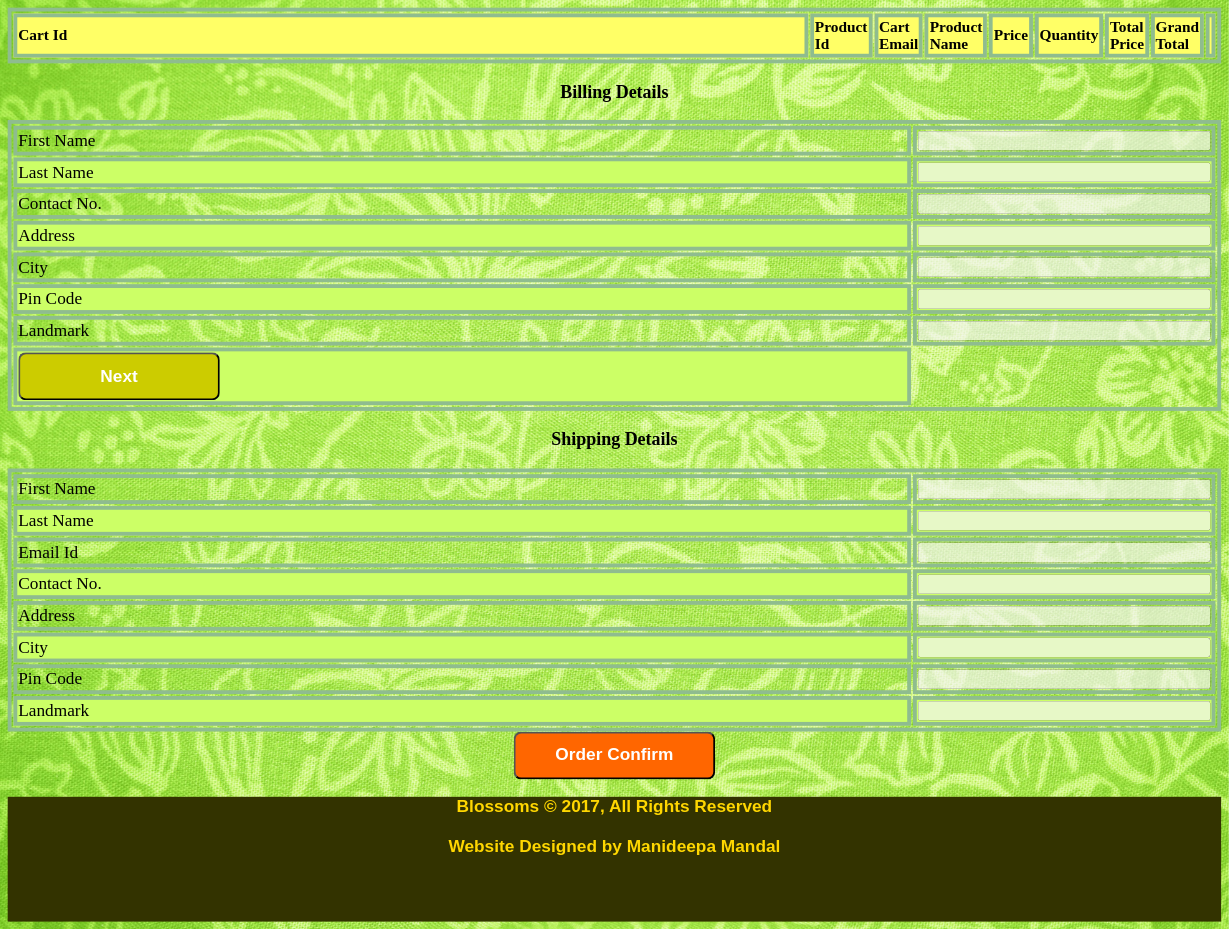
Repository: Mani02/Manideepa
Page: http://localhost/ShoppingCart/WEB-INF/view/Order.jsp
An editor plug-in stored every save of this project. The page is shown before and after the next save, followed by the edit.
The browser window is 1280 px wide. The pictures show the whole page, at 96% of full size.
The page is served by Tomcat 9. Nobody is signed in. The template is opened directly, without the code that normally fills it, so the values that code supplies are empty.

Above is the page before, as saved 2017-04-04 11:14:34.

After the next save:
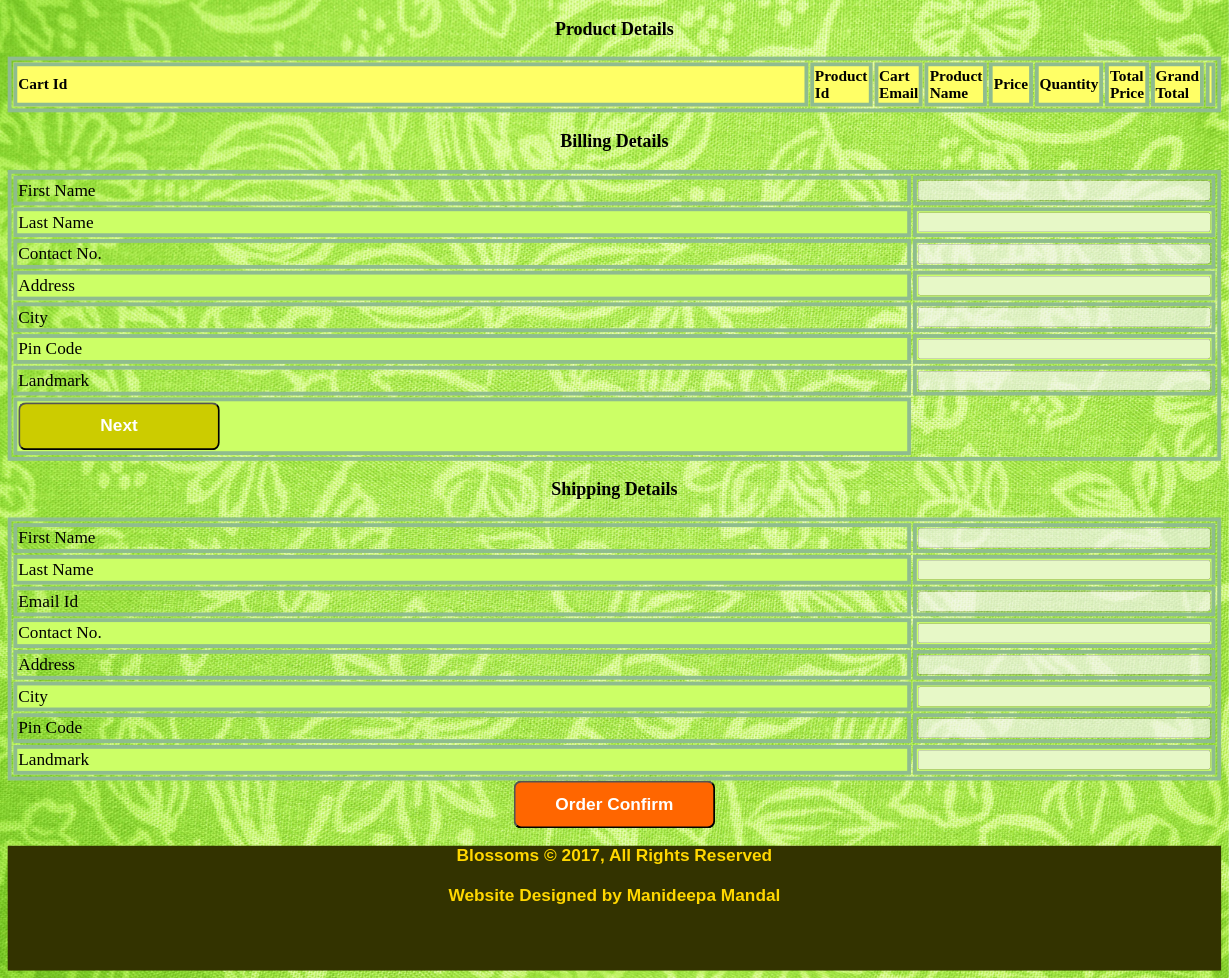
Saved 2 min 15 s later.
--- a/ShoppingCart/src/main/webapp/WEB-INF/view/Order.jsp
+++ b/ShoppingCart/src/main/webapp/WEB-INF/view/Order.jsp
@@ -12,6 +12,11 @@
 </head>
 <body
 	style="background: url('${ctx}resources/images/floral_pattern.jpg'); background-size: cover;">
+
+
+	<center><h3>Product Details</h3></center>
+
+
 	<center>
 		<table>
 			<thead>
